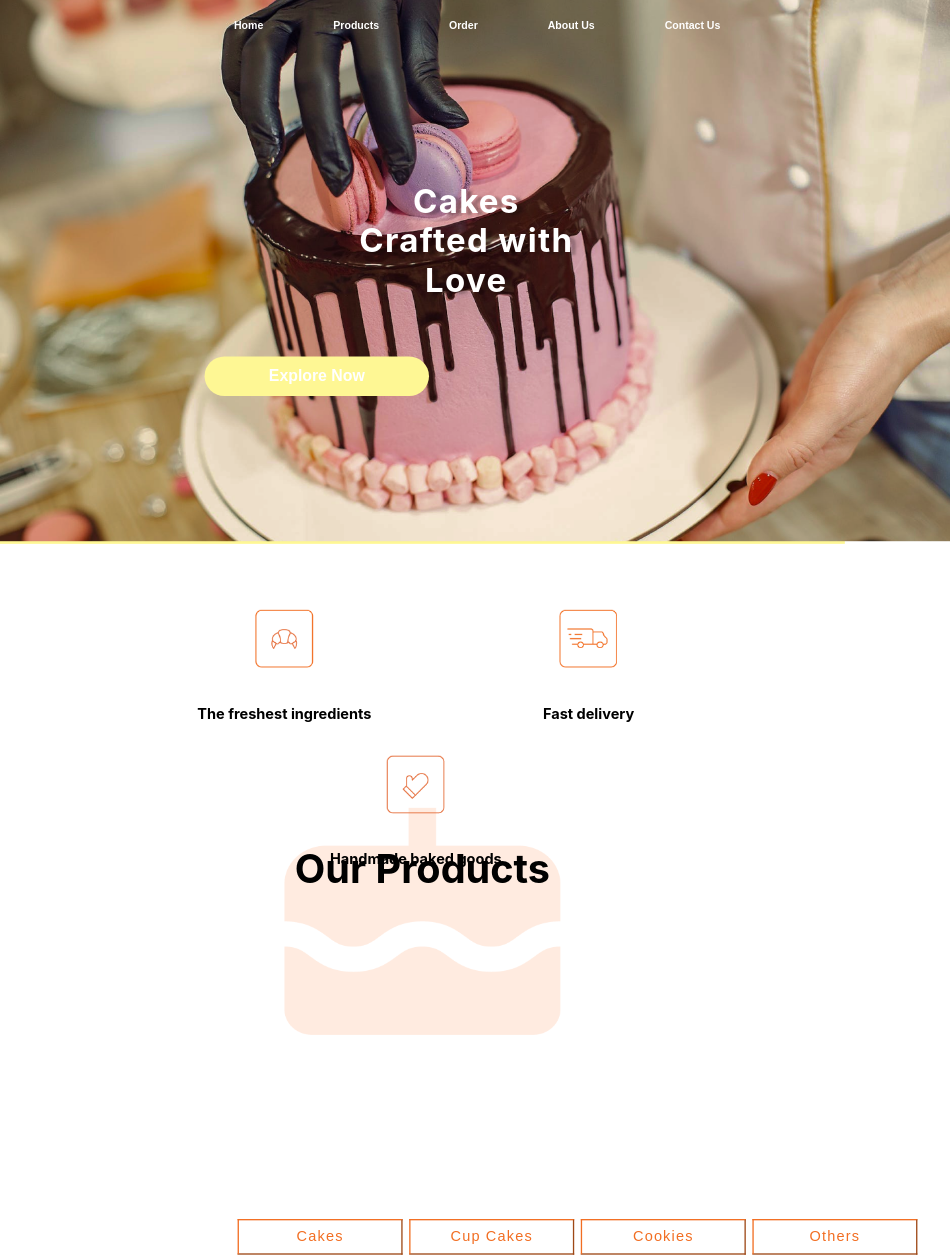
Repository: MEROO1010/cake-box
Page: /
The author's editor kept a copy of each file at every save. The page is drawn from the files as they stood at one save, then again after the next save.
The browser window is 1280 px wide. The page is 1440 px wide, so the pictures cover 1440 px, including what lies to the right of the window. The pictures show the whole page, at 66% of full size.
The project was rebuilt for these pictures with package versions that can differ from the ones it lists, and the page was loaded fresh each time.

Above is the page before, as saved 2023-11-09 13:14:22.

### src/App.js
import './App.css';
import HomePage from './components/HomePage';
import Products from './components/Products';

function App() {
  return (
    <div className="App">
      <HomePage/>
      <Products/>
    </div>
  );
}

export default App;

### src/components/HomePage.jsx
import React from 'react';
import homePageImage from '../images/HomePage.png';
import logo from '../images/cake box.png'
import styled from 'styled-components';

const HomePage = () => {
  return (
    <Container>
      <IMAGE>
        <img src={homePageImage} alt='Home Page' />
      </IMAGE>

      {/*add the logo*/}
      <LOGO>
        <img src={logo} alt="logo design" />
      </LOGO>

      {/*Add the header*/}
      <ListWrapper>
      <ul>
        <ListItem>
          <ListLink href="#">Home</ListLink>
        </ListItem>
        <ListItem>
          <ListLink href="#">Products</ListLink>
        </ListItem>
        <ListItem>
          <ListLink href="#">Order</ListLink>
        </ListItem>
        <ListItem>
          <ListLink href="#">About Us</ListLink>
        </ListItem>
        <ListItem>
          <ListLink href="#">Contact Us</ListLink>
        </ListItem>
      </ul>
    </ListWrapper>


      {/*Add the h1*/}
      <MainTitle>
      <div>
        <h1>Cakes Crafted with Love</h1>
      </div>
      </MainTitle>

      {/*Add the Button*/}
      <ExploreNow>
        <button>Explore Now</button>
      </ExploreNow>
    </Container>
  );
};

export default HomePage;

const Container = styled.div`
`

const IMAGE = styled.div`
 max-width:100%;
 width: 100%;
 height: 100%;
 background-size: cover;
 background-position: center;
 background-repeat: no-repeat;
 background-color:#FEF794;
`

const LOGO = styled.div `
   position: absolute;
  top: 16px;
  right: 860px;
  padding-left:40px;
  width: 1015px;
  height: 519px;
  object-fit: cover;
`

const ListWrapper = styled.div`
  font-family: Arial, sans-serif;
  font-weight: bold;
  margin: 0;
  padding: 0;
  position: absolute;
  top: 0;
  left: 0;
  width: 100%;
`;

const ListItem = styled.li`
  list-style: none;
  display: inline-block;
  margin-right: 80px;
  padding-left:6px;
  top:14px;
  left:100px;
  position: relative;
`;

const ListLink = styled.a`
  text-decoration: none;
  color: #fff;
  padding: 5px 10px;


  &:hover {
    color: #FEF794;
  }
`;

const MainTitle = styled.div `
position: absolute;
  top: 240px;
  left: 533px;
  font-size: 25px;
  letter-spacing: 0.08em;
  font-weight: 800;
  color: #fff;
  display: inline-block;
  width: 347px;
  text-shadow: 9px 4px 4px rgba(0, 0, 0, 0.25);

`

const ExploreNow = styled.div`
  button{
    position: absolute;
    margin:500px 620px ;
    top:40px;
    right:10px;
    color:black;
    width:340px;
    height:60px;
    border-radius:40px;
    background-color:#FEF794;
    border:none;
    font-size:24px;
    font-weight:bold;
    color:white;
    cursor: pointer;
  }
`;

### src/components/Products.jsx
import React from 'react'
import styled from 'styled-components';
import CAKEVECTOR from '../images/cake_vector.png'
import CROISSANT from '../images/croissant.png'
import CAR from '../images/car.png'
import GLAVES from '../images/glaves.png'



const Products = () => {
  return (
    <Container>
      <CakeVector>
         <img src={CAKEVECTOR} alt=''/>
         <h1>Our Products</h1>
      </CakeVector>

      <FirstList>
        <ul>
            <li>
                <img src={CROISSANT} alt=''/>
                <h6>The freshest ingredients</h6>
            </li>

            <li>
                <img src={CAR} alt=''/>
                <h6>Fast delivery</h6>
            </li>

            <li>
                <img src={GLAVES} alt=''/>
                <h6>Handmade baked goods</h6>
            </li>
        </ul>
      </FirstList>

      <SecondList>
          <ul>
            <li><button>Cakes</button></li>
            <li><button>Cup Cakes</button></li>
            <li><button>Cookies</button></li>
            <li><button>Others</button></li>
          </ul>
      </SecondList>
    </Container>
  )
}

export default Products;


const Container = styled.div`
`

const CakeVector = styled.div`
  img{
    position: relative;
    top: 400px;
  }

  h1{
    position: relative;
    font-size:60px;
    top:68px;
  }

`

const FirstList = styled.div `
  li{
    position:relative;
    list-style: none;
  display: inline-block;
  margin-left:60px;
  padding-left:200px;
  right:160px;
  bottom:400px;
  }

  h6{
    font-size:22px;
  }
`

const SecondList =styled.div `
  li{
    position:relative;
    list-style: none;
  display: inline-block;
  margin-left:60px;
  padding-left:200px;
  right:160px;
  bottom:400px;
  }

  button{
    position: absolute;
  top: 250px;
  left: 120px;
  font-size: 22px;
  letter-spacing: 0.08em;
  font-weight: 500;
  color: #F26E22;
  background-color: white;
  border-color:#F26E22;
  padding: 12px 28px;
  margin:200px ;
  width:250px;
  }
`

Loaded but not shown: public/index.html (common file); src/index.js (common file); src/index.css (common file); src/App.css (common file)

After the next save:
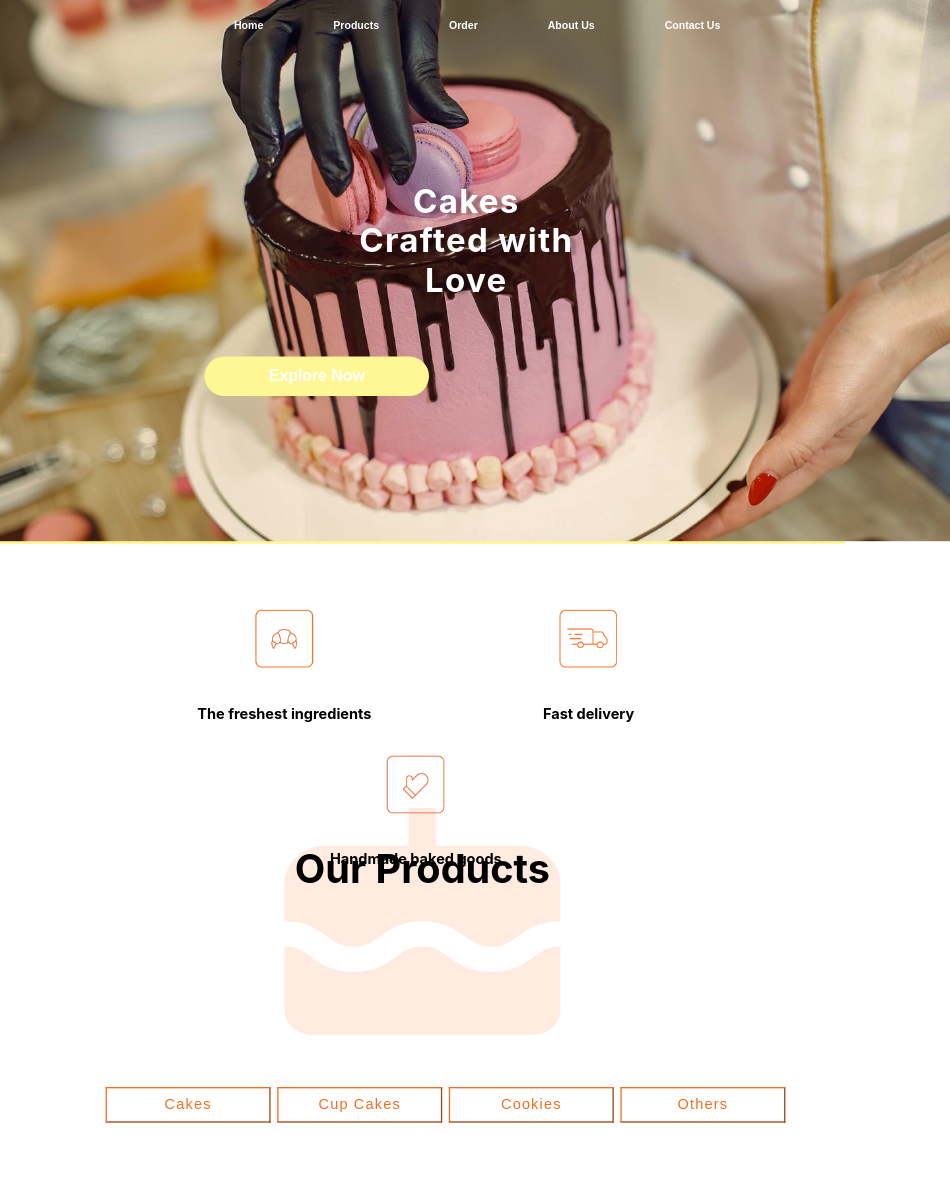
Saved 7 s later.
--- a/src/components/Products.jsx
+++ b/src/components/Products.jsx
@@ -104,7 +104,7 @@
   background-color: white;
   border-color:#F26E22;
   padding: 12px 28px;
-  margin:200px ;
+  margin-right:20px ;
   width:250px;
   }
 `
